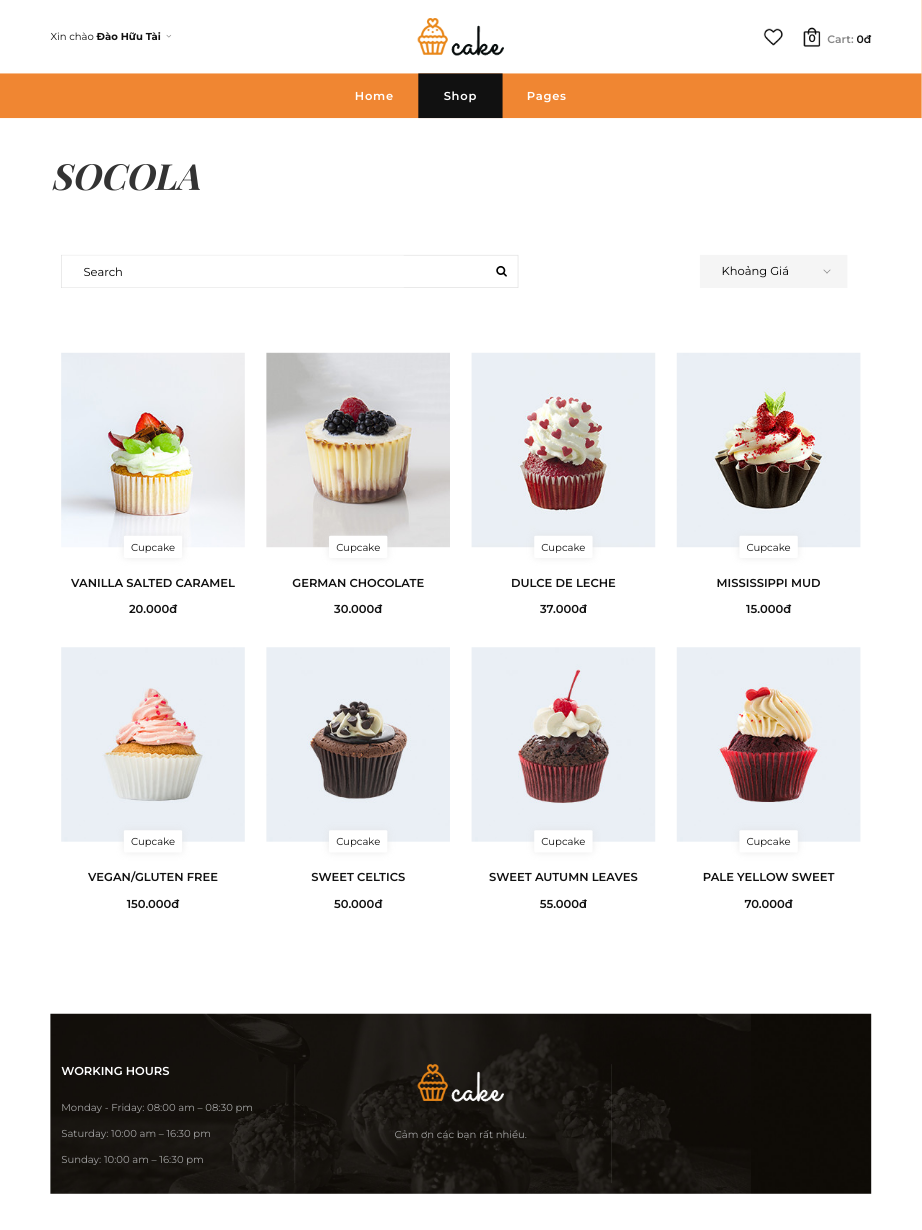
Repository: nhanto2n-byte/Nhom10ChieuThu3
Page: ProjectWeb/cake-main/shop-socola.html
These files come from the project's save history. The page is drawn as it stood at one moment and after the next save; the edit follows.
The browser window is 1280 px wide. The pictures show the whole page, at 72% of full size.

Above is the page before, as saved 2025-11-03 22:25:46.

### ProjectWeb/cake-main/shop-socola.html
<!DOCTYPE html>
<html lang="zxx">

<head>
    <meta charset="UTF-8">
    <meta name="description" content="Cake Template">
    <meta name="keywords" content="Cake, unica, creative, html">
    <meta name="viewport" content="width=device-width, initial-scale=1.0">
    <meta http-equiv="X-UA-Compatible" content="ie=edge">
    <title>Shop</title>

    <!-- Google Font -->
    <link href="https://fonts.googleapis.com/css2?family=Playfair+Display:wght@400;500;600;700;800;900&display=swap"
    rel="stylesheet">
    <link href="https://fonts.googleapis.com/css2?family=Montserrat:wght@300;400;500;600;700;800;900&display=swap"
    rel="stylesheet">

    <!-- Css Styles -->
    <link rel="stylesheet" href="css/bootstrap.min.css" type="text/css">
    <link rel="stylesheet" href="css/flaticon.css" type="text/css">
    <link rel="stylesheet" href="css/barfiller.css" type="text/css">
    <link rel="stylesheet" href="css/magnific-popup.css" type="text/css">
    <link rel="stylesheet" href="css/font-awesome.min.css" type="text/css">
    <link rel="stylesheet" href="css/elegant-icons.css" type="text/css">
    <link rel="stylesheet" href="css/nice-select.css" type="text/css">
    <link rel="stylesheet" href="css/owl.carousel.min.css" type="text/css">
    <link rel="stylesheet" href="css/slicknav.min.css" type="text/css">
    <link rel="stylesheet" href="css/style.css" type="text/css">
        <style>
        /* ==================================== */
        /* CẤU TRÚC MENU THẢ XUỐNG (DROPDOWN) */
        /* ==================================== */

        /* 1. Thiết lập vị trí tương đối cho mục cha */
        .header__top__left ul li.has-dropdown {
            position: relative;
        }

        /* KHẮC PHỤC LỖI TÔ ĐEN TRÊN LIÊN KẾT CHA */
        .header__top__left ul li.has-dropdown > a:focus,
        .header__top__left ul li.has-dropdown > a:active {
            /* Dùng !important để ghi đè CSS từ file style.css nếu cần */
            outline: none !important;
            -webkit-tap-highlight-color: transparent;
            background-color: transparent !important;
        }

        /* 2. Thiết lập trạng thái mặc định (ẨN) cho dropdown */
        .header__top__left ul li .dropdown {
            display: none;
            position: absolute;
            top: 100%;
            left: 0;
            z-index: 100;

            /* NỀN ĐẬM CHO CHỮ TRẮNG NỔI BẬT */
            background-color: #333; /* Nền xám/đen đậm */
            border: 1px solid #555;
            box-shadow: 0 4px 10px rgba(0, 0, 0, 0.2);
            min-width: 200px;
            padding: 5px 0;
            list-style: none; /* Loại bỏ dấu chấm */
        }

        /* 3. Hiển thị menu khi di chuột vào mục cha */
        .header__top__left ul li.has-dropdown:hover > .dropdown {
            display: block;
        }

        /* 4. Định kiểu cho các mục con trong menu */
        .header__top__left ul li .dropdown li a {
            display: block;
            padding: 10px 15px;
            text-decoration: none;

            /* MÀU CHỮ TRẮNG */
            color: white;

            font-size: 16px;
            white-space: nowrap;
        }

        /* Hiệu ứng di chuột (hover) cho các mục con */
        .header__top__left ul li .dropdown li a:hover {
            background-color: #0e0e0e; /* Nền xám nhẹ khi hover */
            color: #e8bf18; /* Màu nổi bật khi hover */
        }
    </style>
</head>

<body>
    <!-- Page Preloder -->
    <div id="preloder">
        <div class="loader"></div>
    </div>
    <!-- Offcanvas Menu Begin -->
    <div class="offcanvas-menu-overlay"></div>
    <div class="offcanvas-menu-wrapper">
        <div class="offcanvas__cart">
            <div class="offcanvas__cart__links">
                <a href="#" class="search-switch"><img src="img/icon/search.png" alt=""></a>
                <a href="#"><img src="img/icon/heart.png" alt=""></a>
            </div>
            <div class="offcanvas__cart__item">
                <a href="#"><img src="img/icon/cart.png" alt=""> <span>0</span></a>
                <div class="cart__price">Cart: <span>0đ</span></div>
            </div>
        </div>
        <div class="offcanvas__logo">
            <a href="./index.html"><img src="img/logo.png" alt=""></a>
        </div>
        <div id="mobile-menu-wrap"></div>
        <div class="offcanvas__option">
            <ul>
                <li><a href="#">Sign in</a> <span class="arrow_carrot-down"></span></li>
            </ul>
        </div>
    </div>
    <!-- Offcanvas Menu End -->

    <!-- Header Section Begin -->
    <header class="header">
        <div class="header__top">
            <div class="container">
                <div class="row">
                    <div class="col-lg-12">
                        <div class="header__top__inner">
                            <div class="header__top__left">
                                <ul>
                                    <li class="has-dropdown">
                                    <a href="./profile.html">
                                            Xin chào <strong>Đào Hữu Tài</strong>
                                            <span class="arrow_carrot-down"></span>
                                    </a>
                                        <ul class="dropdown">
                                            <li><a href="./profile.html">My Profile</a></li>
                                            <li><a href="./register.html">Log out</a></li>
                                        </ul>
                                    </li>
                                </ul>
                            </div>
                            <div class="header__logo">
                                <a href="./index.html"><img src="img/logo.png" alt=""></a>
                            </div>
                            <div class="header__top__right">
                                <div class="header__top__right__links">

                                    <a href="./wisslist.html"><img src="img/icon/heart.png" alt=""></a>
                                </div>
                                <div class="header__top__right__cart">
                                    <a href="./shoping-cart.html"><img src="img/icon/cart.png" alt=""> <span>0</span></a>
                                    <div class="cart__price">Cart: <span>0đ</span></div>
                                </div>
                            </div>
                        </div>
                    </div>
                </div>
                <div class="canvas__open"><i class="fa fa-bars"></i></div>
            </div>
        </div>
        <div class="container">
            <div class="row">
                <div class="col-lg-12">
                    <nav class="header__menu mobile-menu">
                        <ul>
                            <li><a href="./index.html">Home</a></li>
                            <li class="active"><a href="./shop.html">Shop</a></li>
                            <li><a href="#">Pages</a>
                                <ul class="dropdown">

                                    <li><a href="./shoping-cart.html">Shoping Cart</a></li>
                                    <li><a href="./checkout.html">Check Out</a></li>
                                    <li><a href="./wisslist.html">Wishlist</a></li>
                                </ul>
                            </li>
                        </ul>
                    </nav>
                </div>
            </div>
        </div>
    </header>
    <!-- Header Section End -->

    <!-- Breadcrumb Begin -->
    <!-- Breadcrumb Begin -->
<!-- Breadcrumb Begin -->
<div class="breadcrumb-option"
     style="
        padding: 50px 0;
        background-image: url('#');
        background-size: cover;
        background-position: center;
        background-repeat: no-repeat;
        position: relative;
    ">

    <!-- lớp phủ mờ nhẹ -->
    <div style="
        position: absolute;
        inset: 0;
        background: rgba(255, 255, 255, 0.35); /* giảm mờ từ 0.7 xuống 0.35 */
    "></div>

    <div class="container" style="position: relative; z-index: 2;">
        <div class="row align-items-center">

            <!-- Tiêu đề bên trái -->
            <div class="col-lg-6 col-md-6 col-sm-12">
                <div class="breadcrumb__text">
                    <h2 style="font-weight: 700; color: #333;">SOCOLA</h2>
                </div>
            </div>

            <!-- Liên kết breadcrumb bên phải -->
            <div class="col-lg-6 col-md-6 col-sm-12 text-right">
                <div class="breadcrumb__links">


                </div>
            </div>
        </div>


<!-- Breadcrumb End -->

<!-- Hiệu ứng hover -->
<style>
button:hover {
    transform: scale(1.05);
    opacity: 0.9;
}
</style>
    <!-- Shop Section Begin -->
    <section class="shop spad">
        <div class="container">
            <div class="shop__option">
                <div class="row">
                    <div class="col-lg-7 col-md-7">
                        <div class="shop__option__search">
                            <form action="shoptimkiem.html">

                                <input type="text" placeholder="Search">
                                <button type="submit"><i class="fa fa-search"></i></button>
                            </form>
                        </div>
                    </div>
                   <div class="col-lg-5 col-md-5">
    <div class="shop__option__right">
        <select onchange="if (this.value) window.location.href=this.value;">
            <option value="">Khoảng Giá</option>
            <option value="giátype.html">Từ: 30k - 50k</option>
            <option value="giátype.html">Từ: 50k - 70k</option>
            <option value="giátype.html">Từ: 70k - 100k</option>
        </select>
    </div>
</div>

                </div>
            </div>
            <div class="row">
                <div class="col-lg-3 col-md-6 col-sm-6">
                    <div class="product__item">

                    </div>
                </div>
                <div class="col-lg-3 col-md-6 col-sm-6">
                    <div class="product__item">

                    </div>
                </div>
                <div class="col-lg-3 col-md-6 col-sm-6">
                    <div class="product__item">

                    </div>
                </div>
                <div class="col-lg-3 col-md-6 col-sm-6">
                    <div class="product__item">

                    </div>
                </div>
                <div class="col-lg-3 col-md-6 col-sm-6">
                    <div class="product__item">
                        <div class="product__item__pic set-bg" data-setbg="img/shop/product-5.jpg">
                            <div class="product__label">
                                <span>Cupcake</span>
                            </div>
                        </div>
                        <div class="product__item__text">
                            <h6><a href="shop-chitiet.html">Vanilla Salted Caramel</a></h6>
                            <div class="product__item__price">20.000đ</div>
                            <div class="cart_add">
                                <a href="./shoping-cart.html">Add to cart</a>
                            </div>
                        </div>
                    </div>
                </div>
                <div class="col-lg-3 col-md-6 col-sm-6">
                    <div class="product__item">
                        <div class="product__item__pic set-bg" data-setbg="img/shop/product-6.jpg">
                            <div class="product__label">
                                <span>Cupcake</span>
                            </div>
                        </div>
                        <div class="product__item__text">
                            <h6><a href="shop-chitiet.html">German Chocolate</a></h6>
                            <div class="product__item__price">30.000đ</div>
                            <div class="cart_add">
                                <a href="./shoping-cart.html">Add to cart</a>
                            </div>
                        </div>
                    </div>
                </div>
                <div class="col-lg-3 col-md-6 col-sm-6">
                    <div class="product__item">
                        <div class="product__item__pic set-bg" data-setbg="img/shop/product-7.jpg">
                            <div class="product__label">
                                <span>Cupcake</span>
                            </div>
                        </div>
                        <div class="product__item__text">
                            <h6><a href="shop-chitiet.html">Dulce De Leche</a></h6>
                            <div class="product__item__price">37.000đ</div>
                            <div class="cart_add">
                                <a href="./shoping-cart.html">Add to cart</a>
                            </div>
                        </div>
                    </div>
                </div>
                <div class="col-lg-3 col-md-6 col-sm-6">
                    <div class="product__item">
                        <div class="product__item__pic set-bg" data-setbg="img/shop/product-8.jpg">
                            <div class="product__label">
                                <span>Cupcake</span>
                            </div>
                        </div>
                        <div class="product__item__text">
                            <h6><a href="shop-chitiet.html">Mississippi Mud</a></h6>
                            <div class="product__item__price">15.000đ</div>
                            <div class="cart_add">
                                <a href="./shoping-cart.html">Add to cart</a>
                            </div>
                        </div>
                    </div>
                </div>
                <div class="col-lg-3 col-md-6 col-sm-6">
                    <div class="product__item">
                        <div class="product__item__pic set-bg" data-setbg="img/shop/product-9.jpg">
                            <div class="product__label">
                                <span>Cupcake</span>
                            </div>
                        </div>
                        <div class="product__item__text">
                            <h6><a href="shop-chitiet.html">VEGAN/GLUTEN FREE</a></h6>
                            <div class="product__item__price">150.000đ</div>
                            <div class="cart_add">
                                <a href="./shoping-cart.html">Add to cart</a>
                            </div>
                        </div>
                    </div>
                </div>
                <div class="col-lg-3 col-md-6 col-sm-6">
                    <div class="product__item">
                        <div class="product__item__pic set-bg" data-setbg="img/shop/product-10.jpg">
                            <div class="product__label">
                                <span>Cupcake</span>
                            </div>
                        </div>
                        <div class="product__item__text">
                            <h6><a href="shop-chitiet.html">SWEET CELTICS</a></h6>
                            <div class="product__item__price">50.000đ</div>
                            <div class="cart_add">
                                <a href="./shoping-cart.html">Add to cart</a>
                            </div>
                        </div>
                    </div>
                </div>
                <div class="col-lg-3 col-md-6 col-sm-6">
                    <div class="product__item">
                        <div class="product__item__pic set-bg" data-setbg="img/shop/product-11.jpg">
                            <div class="product__label">
                                <span>Cupcake</span>
                            </div>
                        </div>
                        <div class="product__item__text">
                            <h6><a href="shop-chitiet.html">SWEET AUTUMN LEAVES</a></h6>
                            <div class="product__item__price">55.000đ</div>
                            <div class="cart_add">
                                <a href="./shoping-cart.html">Add to cart</a>
                            </div>
                        </div>
                    </div>
                </div>
                <div class="col-lg-3 col-md-6 col-sm-6">
                    <div class="product__item">
                        <div class="product__item__pic set-bg" data-setbg="img/shop/product-12.jpg">
                            <div class="product__label">
                                <span>Cupcake</span>
                            </div>
                        </div>
                        <div class="product__item__text">
                            <h6><a href="shop-chitiet.html">PALE YELLOW SWEET</a></h6>
                            <div class="product__item__price">70.000đ</div>
                            <div class="cart_add">
                                <a href="./shoping-cart.html">Add to cart</a>
                            </div>
                        </div>
                    </div>
                </div>
            </div>

        </div>
    </section>
    <!-- Shop Section End -->

    <!-- Footer Section Begin -->
    <footer class="footer set-bg" data-setbg="img/footer-bg.jpg">
        <div class="container">
            <div class="row">
                <div class="col-lg-4 col-md-6 col-sm-6">
                    <div class="footer__widget">
                        <h6>WORKING HOURS</h6>
                        <ul>
                            <li>Monday - Friday: 08:00 am – 08:30 pm</li>
                            <li>Saturday: 10:00 am – 16:30 pm</li>
                            <li>Sunday: 10:00 am – 16:30 pm</li>
                        </ul>
                    </div>
                </div>
                <div class="col-lg-4 col-md-6 col-sm-6">
                    <div class="footer__about">
                        <div class="footer__logo">
                            <a href="#"><img src="img/footer-logo.png" alt=""></a>
                        </div>
                        <p>Cảm ơn các bạn rất nhiều.</p>
                    </div>
                </div>
            </div>
        </div>
    </div>
</footer>
<!-- Footer Section End -->

<!-- Search Begin -->
<div class="search-model">
    <div class="h-100 d-flex align-items-center justify-content-center">
        <div class="search-close-switch">+</div>
        <form class="search-model-form">
            <input type="text" id="search-input" placeholder="Search here.....">
        </form>
    </div>
</div>
<!-- Search End -->

<!-- Js Plugins -->
<script src="js/jquery-3.3.1.min.js"></script>
<script src="js/bootstrap.min.js"></script>
<script src="js/jquery.nice-select.min.js"></script>
<script src="js/jquery.barfiller.js"></script>
<script src="js/jquery.magnific-popup.min.js"></script>
<script src="js/jquery.slicknav.js"></script>
<script src="js/owl.carousel.min.js"></script>
<script src="js/jquery.nicescroll.min.js"></script>
<script src="js/main.js"></script>
</body>
</html>

### ProjectWeb/cake-main/css/barfiller.css
.barfiller {
    width:100%;
    height:12px;
    background:#fcfcfc;
    border:1px solid #ccc;
    position:relative;
    margin-bottom:20px;
    box-shadow: inset 1px 4px 9px -6px rgba(0,0,0,.5);
    -moz-box-shadow: inset 1px 4px 9px -6px rgba(0,0,0,.5);
}

.barfiller .fill {
    display:block;
    position:relative;
    width:0px;
    height:100%;
    background:#333;
    z-index:1;
}

.barfiller .tipWrap {
    display:none;
}

.barfiller .tip {
    margin-top:-30px;
    padding:2px 4px;
    font-size:11px;
    color:#fff;
    left:0px;
    position:absolute;
    z-index:2;
    background: #333;
}

.barfiller .tip:after {
    border:solid;
    border-color:rgba(0,0,0,.8) transparent;
    border-width:6px 6px 0 6px;
    content:"";
    display:block;
    position:absolute;
    left:9px;
    top:100%;
    z-index:9
}

Loaded but not shown: ProjectWeb/cake-main/css/bootstrap.min.css (library); ProjectWeb/cake-main/css/flaticon.css (common file); ProjectWeb/cake-main/css/magnific-popup.css (library); ProjectWeb/cake-main/css/font-awesome.min.css (library); ProjectWeb/cake-main/css/nice-select.css (common file); ProjectWeb/cake-main/css/owl.carousel.min.css (library); ProjectWeb/cake-main/css/slicknav.min.css (common file); ProjectWeb/cake-main/js/jquery-3.3.1.min.js (library); ProjectWeb/cake-main/js/bootstrap.min.js (library); ProjectWeb/cake-main/js/jquery.nice-select.min.js (common file); ProjectWeb/cake-main/js/jquery.barfiller.js (library); ProjectWeb/cake-main/js/jquery.magnific-popup.min.js (library); ProjectWeb/cake-main/js/jquery.slicknav.js (library); ProjectWeb/cake-main/js/owl.carousel.min.js (library); ProjectWeb/cake-main/js/jquery.nicescroll.min.js (library); ProjectWeb/cake-main/js/main.js (235 lines, source omitted); ProjectWeb/cake-main/css/style.css (4080 lines, source omitted); ProjectWeb/cake-main/css/elegant-icons.css (1157 lines, source omitted)

After the next save:
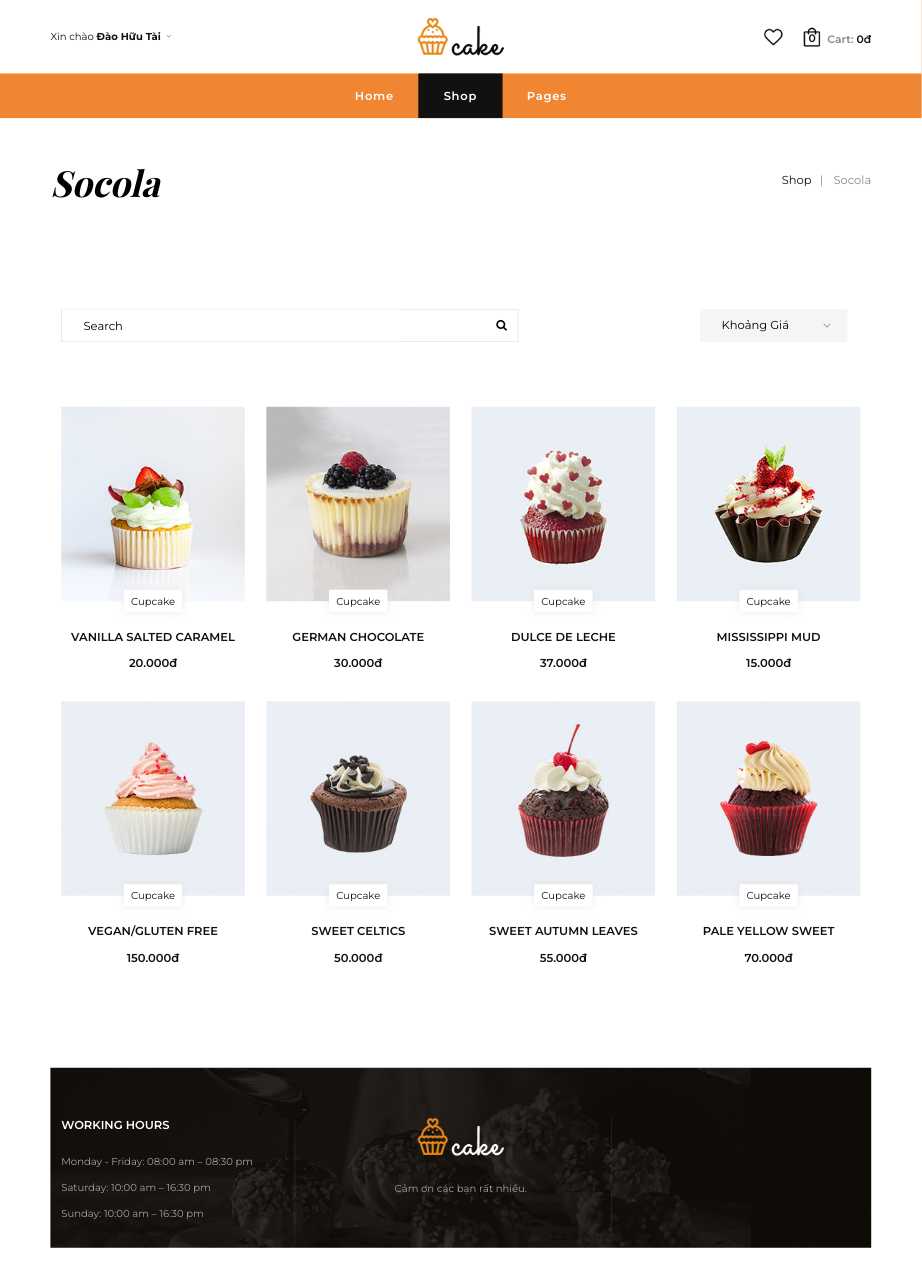
Saved 105 s later.
--- a/ProjectWeb/cake-main/shop-socola.html
+++ b/ProjectWeb/cake-main/shop-socola.html
@@ -179,6 +179,25 @@
             </div>
         </div>
     </header>
+     <!-- Breadcrumb Begin -->
+    <div class="breadcrumb-option">
+        <div class="container">
+            <div class="row">
+                <div class="col-lg-6 col-md-6 col-sm-6">
+                    <div class="breadcrumb__text">
+                        <h2>Socola</h2>
+                    </div>
+                </div>
+                <div class="col-lg-6 col-md-6 col-sm-6">
+                    <div class="breadcrumb__links">
+                        <a href="./shop.html">Shop</a>
+                        <span>Socola</span>
+                    </div>
+                </div>
+            </div>
+        </div>
+    </div>
+    <!-- Breadcrumb End -->
     <!-- Header Section End -->
 
     <!-- Breadcrumb Begin -->
@@ -203,13 +222,6 @@
 
     <div class="container" style="position: relative; z-index: 2;">
         <div class="row align-items-center">
-
-            <!-- Tiêu đề bên trái -->
-            <div class="col-lg-6 col-md-6 col-sm-12">
-                <div class="breadcrumb__text">
-                    <h2 style="font-weight: 700; color: #333;">SOCOLA</h2>
-                </div>
-            </div>
 
             <!-- Liên kết breadcrumb bên phải -->
             <div class="col-lg-6 col-md-6 col-sm-12 text-right">
